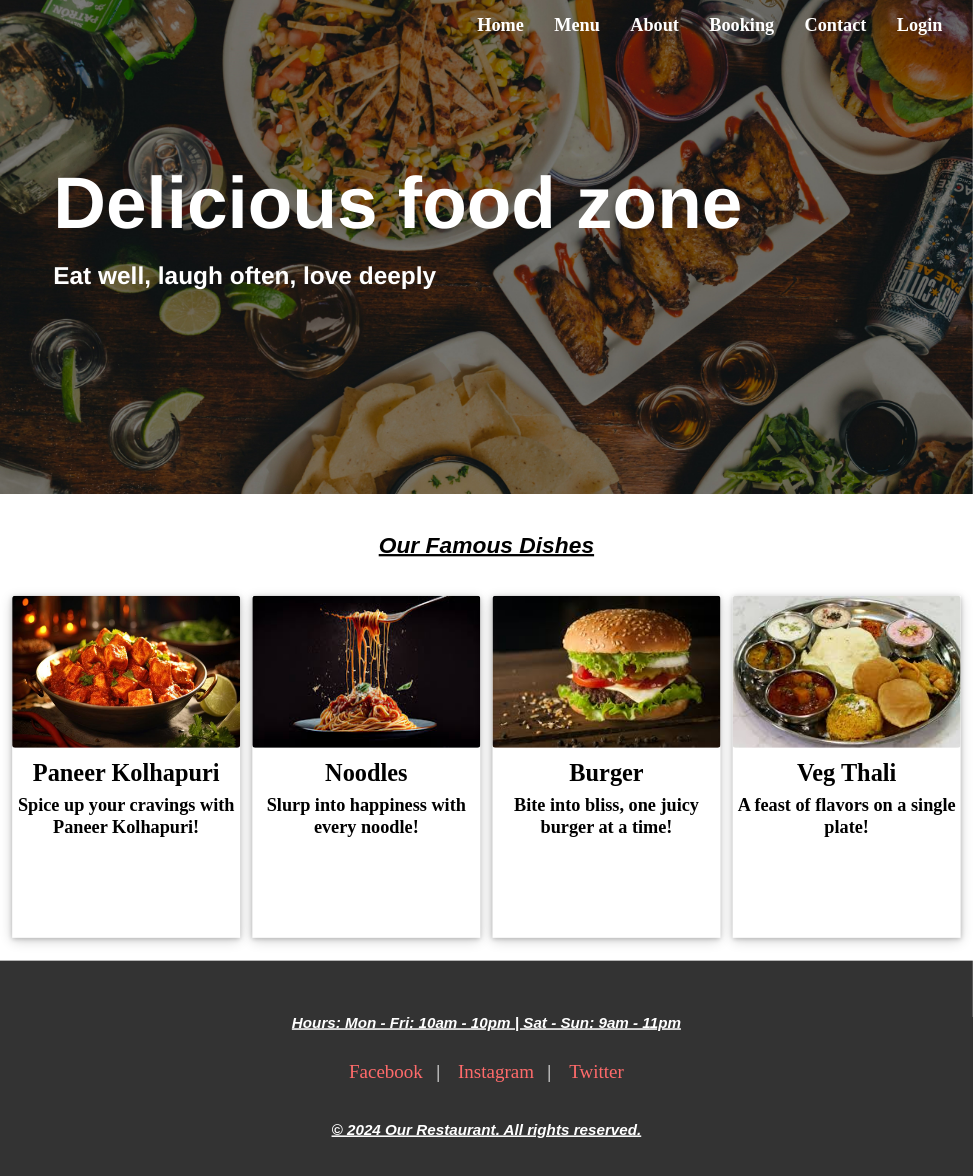
Repository: Shreya-Bonde/Restaurant-management-system
Page: index.html
These files come from the project's save history. The page is drawn as it stood at one moment and after the next save; the edit follows.
The browser window is 1280 px wide. The pictures show the whole page, at 76% of full size.

Above is the page before, as saved 2024-10-10 14:42:51.

After the next save:
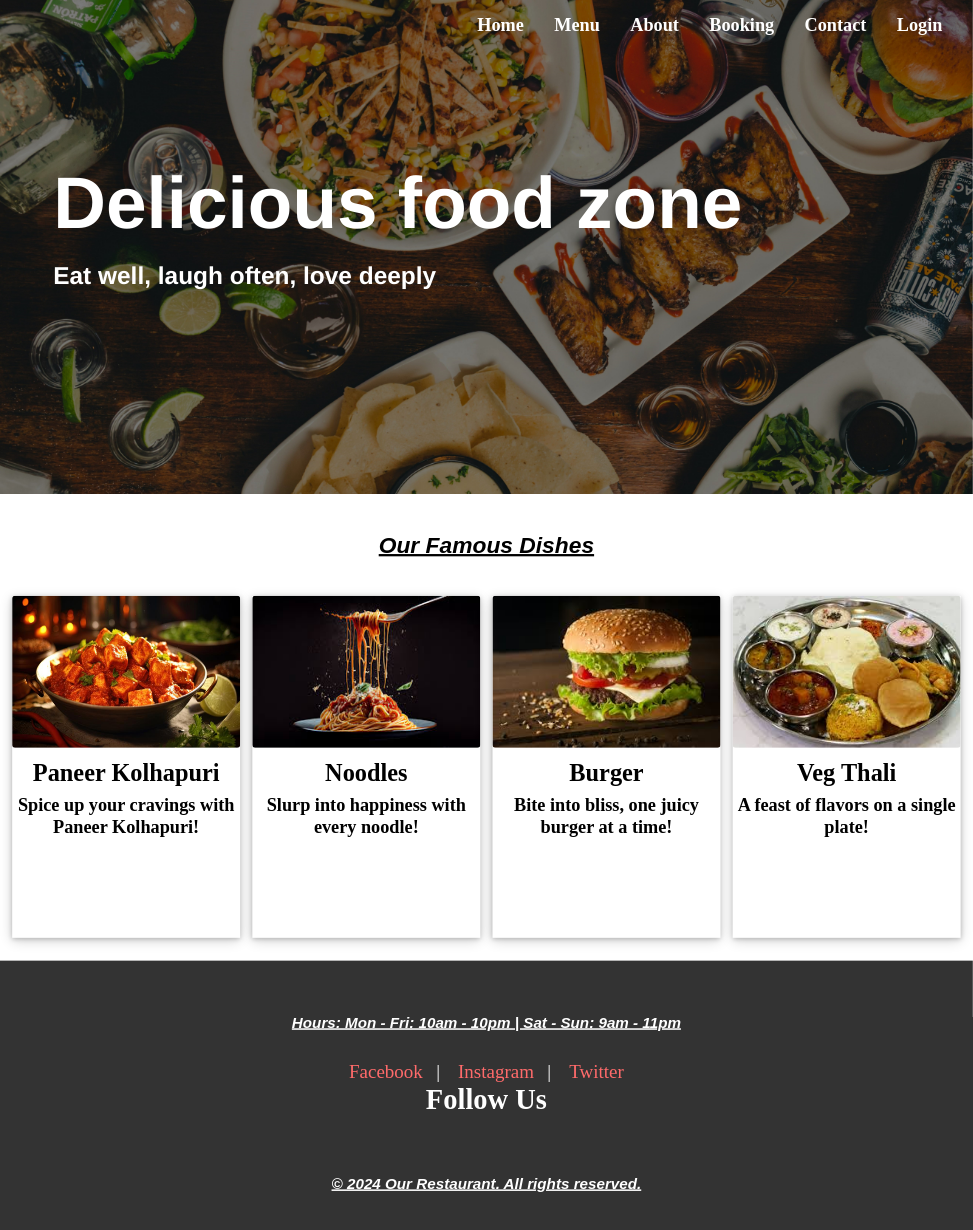
Saved 24 s later.
--- a/index.html
+++ b/index.html
@@ -62,7 +62,15 @@
                     <a href="#" target="_blank" class="insta_handle"
                     rel="noopener noreferrer"> <i class="fa fa-instagram fa-lg insta_handle"></i>Twitter</a>
 
-
+                    <div class="footer-section social">
+                        <h2>Follow Us</h2>
+                        <div class="social-icons">
+                          <a href="#"><i class="fab fa-facebook"></i></a>
+                          <a href="#"><i class="fab fa-twitter"></i></a>
+                          <a href="#"><i class="fab fa-instagram"></i></a>
+                          <a href="#"><i class="fab fa-tripadvisor"></i></a>
+                        </div>
+                      </div>
                 <p>&copy; 2024 Our Restaurant. All rights reserved.</p>
 
 
